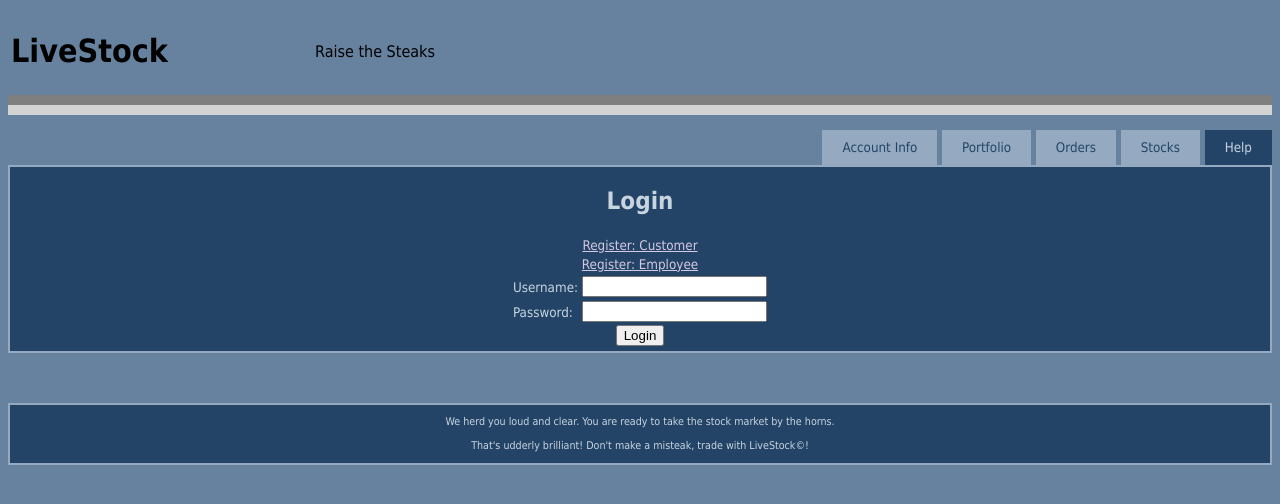
Repository: yastapova/live-stock
Page: LiveStockSite/WebContent/WEB-INF/cust_help.html
These files come from the project's save history. The page is drawn as it stood at one moment and after the next save; the edit follows.
The browser window is 1280 px wide. The pictures show the whole page.

Above is the page before, as saved 2016-04-19 23:40:09.

After the next save:
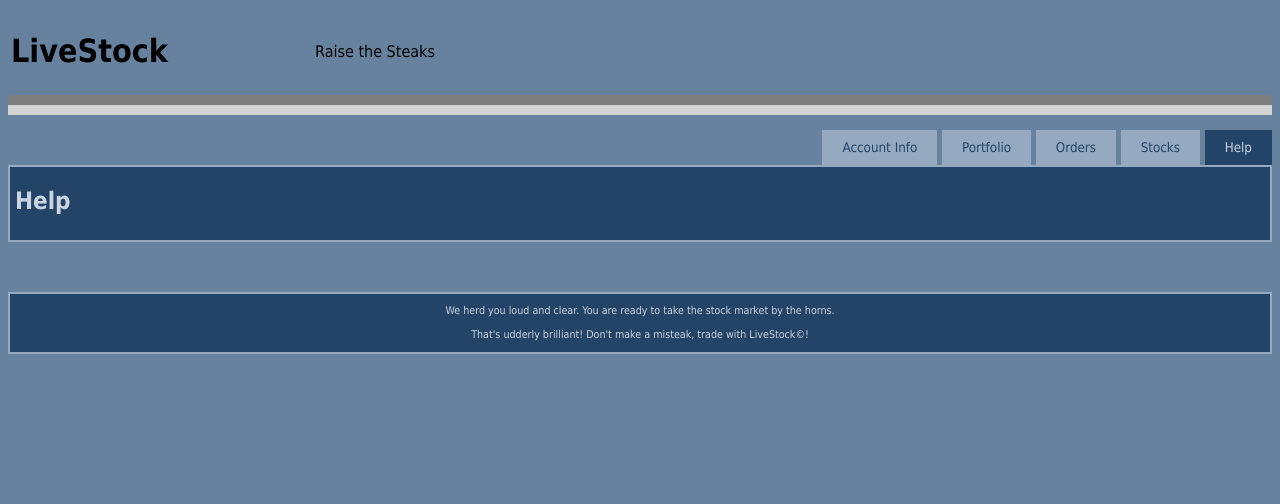
Saved 3 s later.
--- a/LiveStockSite/WebContent/WEB-INF/cust_help.html
+++ b/LiveStockSite/WebContent/WEB-INF/cust_help.html
@@ -21,23 +21,9 @@
 	<a href="cust_stocks.html">Stocks</a>
 	<a href="cust_help.html" class="active">Help</a>
 	</div>
-	<div class="body" align="center">
-		<h2>Login</h2>
-		<a href="register_cus.html">Register: Customer</a> <br />
-		<a href="register_emp.html">Register: Employee</a>
-		<form>
-			<table>
-				<tr>
-					<td><span class="formlabel">Username:</span></td>
-					<td><input id="usrn" name="username" type="text" /></td>
-				</tr>
-				<tr>
-					<td><span class="formlabel">Password:</span></td>
-					<td><input id="pw" name="password" type="password" /></td>
-				</tr>
-			</table>
-			<input type="submit" value="Login">
-		</form>
+	<div class="body" align="Left">
+		<h2>Help</h2>
+
 	</div>
 
 	<div class="footer">
